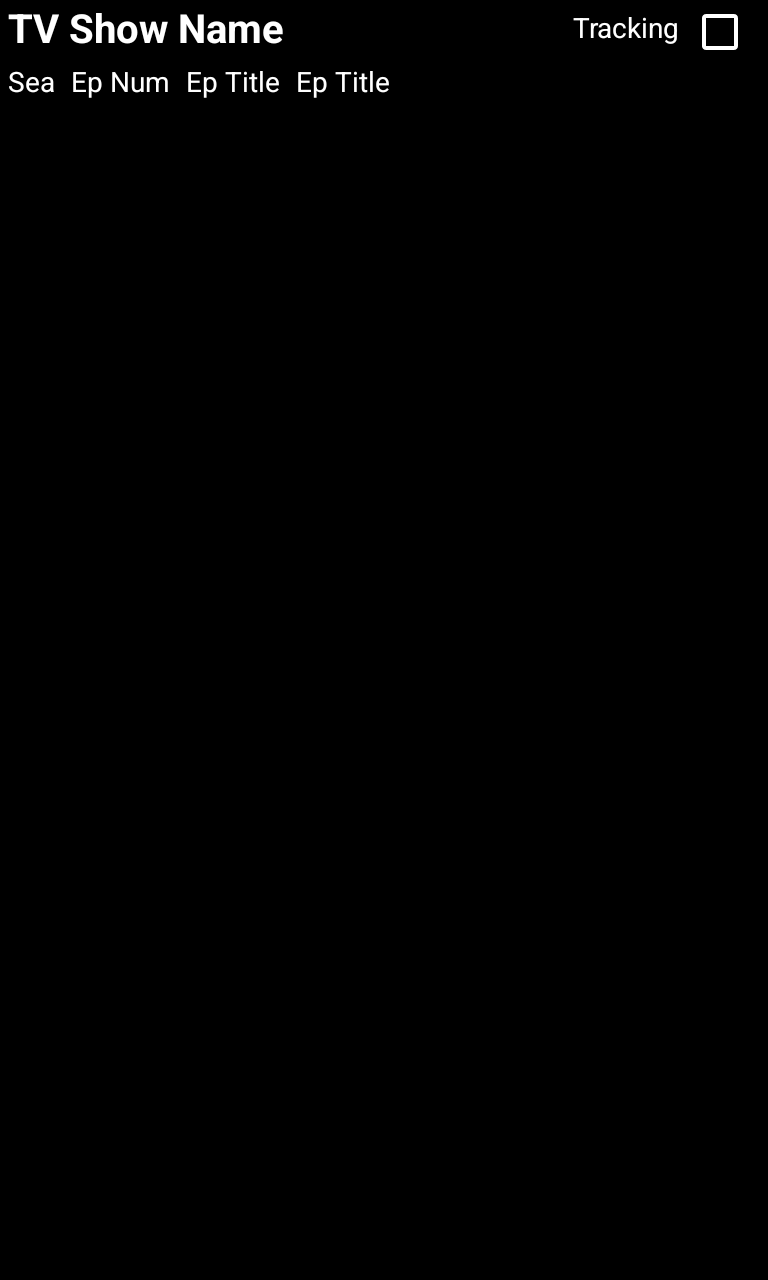
Repository: Jeedan/learning-android-apps
Layout: TvShowTracker/res/layout/list_item_tvshow.xml
These files come from the project's save history. The layout is drawn as it stood at one moment and after the next save; the edit follows.
It is drawn on a 768 x 1280 px phone screen (xhdpi) without system bars, with theme AppTheme; the app's code is not run. The app's manifest (not shown) leaves right-to-left support off. So textAlignment, textDirection and layoutDirection are ignored, and left and right values win over start and end ones.

Above is the layout before, as saved 2014-11-01 10:53:21.

### TvShowTracker/res/layout/list_item_tvshow.xml
<?xml version="1.0" encoding="utf-8"?>
<RelativeLayout xmlns:android="http://schemas.android.com/apk/res/android"
    android:layout_width="match_parent"
    android:layout_height="wrap_content"
    android:background="@android:color/background_dark"  >

    <TextView
        android:id="@+id/tv_show_name_text_view"
        android:layout_width="match_parent"
        android:layout_height="wrap_content"
        android:textSize="20sp"
        android:textStyle="bold"
        android:paddingLeft="4dp"
        android:paddingRight="4dp"
        android:text="@string/tv_show_name"
        android:textColor="@android:color/background_light"/>

    <CheckBox android:id="@+id/tracked_tv_show_check_box"
        android:layout_width="wrap_content"
        android:layout_height="wrap_content"
        android:layout_alignParentRight="true"
        android:layout_alignParentEnd="true"
        android:padding="4dp"
        android:enabled="false"
        android:focusable="false"
        android:buttonTint="@android:color/background_light"/>

    <TextView
        android:id="@+id/tracking_text_View"
        android:layout_width="wrap_content"
        android:layout_height="wrap_content"
        android:layout_toStartOf="@id/tracked_tv_show_check_box"
        android:layout_toLeftOf="@id/tracked_tv_show_check_box"
        android:paddingLeft="4dp"
        android:paddingRight="4dp"
        android:paddingTop="4dp"
 	    android:text="@string/tracking_text_check_box"
        android:textColor="@android:color/background_light"/>

	<TextView
        android:id="@+id/tv_show_season_text_view"
        android:layout_width="wrap_content"
        android:layout_height="wrap_content"
        android:paddingLeft="4dp"
        android:paddingRight="4dp"
        android:paddingTop="4dp"
        android:layout_below="@id/tv_show_name_text_view"
        android:text="@string/tv_show_season"
        android:textColor="@android:color/background_light"/>

	<TextView
        android:id="@+id/tv_show_episode_number_text_view"
        android:layout_width="wrap_content"
        android:layout_height="wrap_content"
        android:paddingLeft="4dp"
        android:paddingRight="4dp"
        android:paddingTop="4dp"
        android:layout_below="@id/tv_show_name_text_view"
        android:layout_toEndOf="@id/tv_show_season_text_view"
        android:layout_toRightOf="@id/tv_show_season_text_view"
        android:text="@string/tv_show_episode_number"
        android:textColor="@android:color/background_light"/>

	<TextView
        android:id="@+id/tv_show_episode_text_view"
        android:layout_width="wrap_content"
        android:layout_height="wrap_content"
        android:paddingLeft="4dp"
        android:paddingRight="4dp"
        android:paddingTop="4dp"
        android:layout_below="@id/tv_show_name_text_view"
        android:layout_toEndOf="@id/tv_show_episode_number_text_view"
        android:layout_toRightOf="@id/tv_show_episode_number_text_view"
        android:text="@string/tv_show_episode_title"
        android:textColor="@android:color/background_light"/>

	<TextView
        android:id="@+id/show_release_date"
        android:layout_width="wrap_content"
        android:layout_height="wrap_content"
        android:paddingLeft="4dp"
        android:paddingRight="4dp"
        android:paddingTop="4dp"
        android:layout_below="@id/tv_show_name_text_view"
        android:layout_toEndOf="@id/tv_show_episode_text_view"
        android:layout_toRightOf="@id/tv_show_episode_text_view"
        android:text="@string/tv_show_episode_title"
        android:textColor="@android:color/background_light"/>

</RelativeLayout>

### TvShowTracker/res/values-v21/styles.xml
<resources>

    <!--
        Base application theme for API 14+. This theme completely replaces
        AppBaseTheme from BOTH res/values/styles.xml and
        res/values-v11/styles.xml on API 14+ devices.
    -->
    <style name="AppBaseTheme" parent="@android:style/Theme.Material">
        <!-- API 21 theme customizations can go here. -->
     	<!-- Main theme colors -->
	    <!--   your app branding color for the app bar (Action bar_)-->
	    <item name="android:colorPrimary">@color/primary</item>
	    <!--   darker variant for the status bar and contextual app bars -->
	    <item name="android:colorPrimaryDark">@color/primary_dark</item>
	    <!--   theme UI controls like checkboxes and text fields -->
	    <item name="android:colorAccent">@color/accent</item>
	    <!--   winow background -->
	    <item name="android:windowBackground">@color/windowBackground</item>
	    <!--   Text but don't know if it is for all texts -->
	    <item name="android:textColorPrimary">@color/textColorPrimary_Light</item>
    </style>

        <!-- Application theme. -->
    <style name="AppTheme" parent="AppBaseTheme">
        </style>
</resources>

### TvShowTracker/res/values/colors.xml
<?xml version="1.0" encoding="utf-8"?>
<resources>
    <color name="accent">#FF9D00</color>

    <!--  example: season + episode + release date info text under Show Name -->
    <color name="show_subtitle_text_view_color">#368ABF</color>

    <color name="textColorPrimary">#ffffff</color>
    <color name="textColorPrimary_Light">#666666</color>

    <color name="windowBackground">#333333</color>

    <color name="primary">#1a1a1a</color>
    <color name="primary_dark">#000000</color>

</resources>

### TvShowTracker/res/values/strings.xml
<?xml version="1.0" encoding="utf-8"?>
<resources>

    <string name="app_name">TvShowTracker</string>
    <string name="app_all_shows">All shows</string>
    <string name="app_calendar_title">Today\'s shows</string>
    <string name="action_settings">Settings</string>

    <string name="tv_show_name">TV Show Name</string>
    <string name="tv_show_season">Sea</string>
    <string name="tv_show_episode_number">Ep Num</string>
    <string name="tv_show_episode_title">Ep Title </string>
    <string name="tv_show_release_date">Release Date </string>


    <string name="empty_list">There are no TV Shows in this list.</string>


    <string name="tracking_text_check_box">Tracking</string>

</resources>

Loaded but not shown: TvShowTracker/res/values/styles.xml (common file); TvShowTracker/res/values-v11/styles.xml (common file)

After the next save:
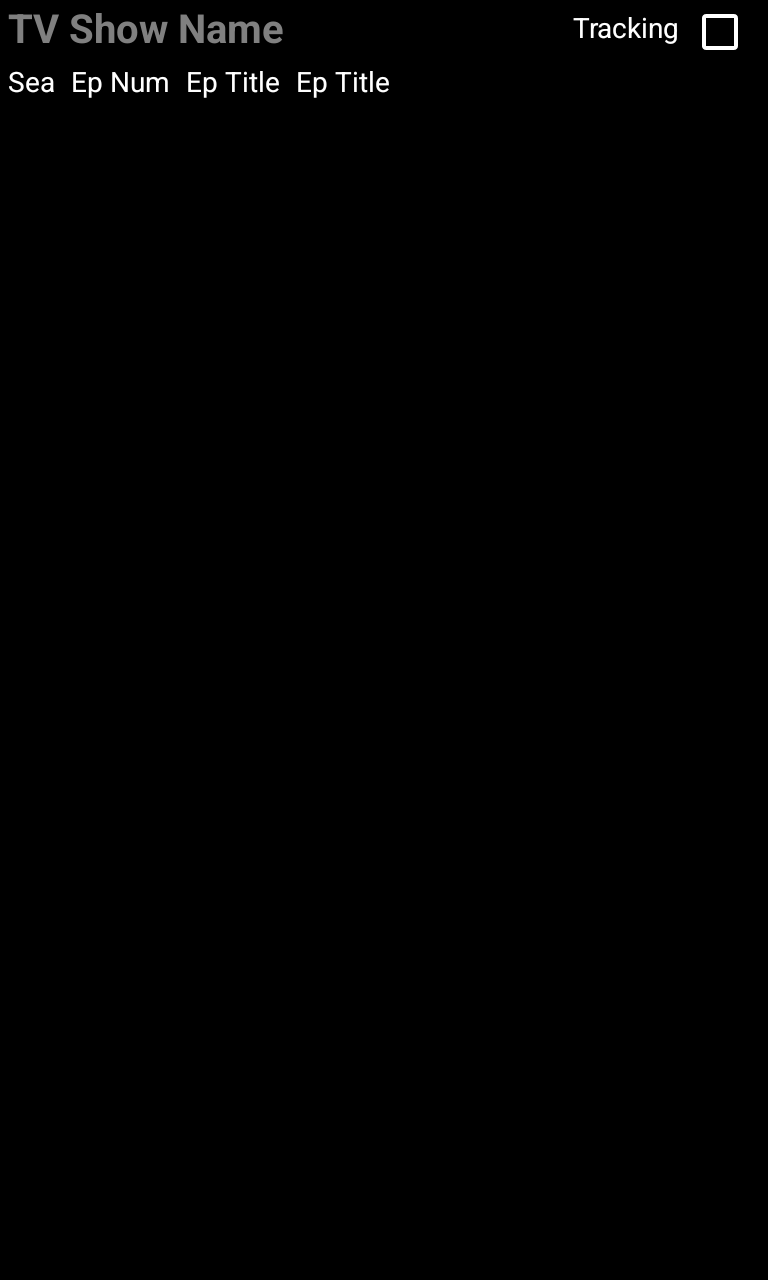
Saved 35 s later.
--- a/TvShowTracker/res/layout/list_item_tvshow.xml
+++ b/TvShowTracker/res/layout/list_item_tvshow.xml
@@ -13,7 +13,7 @@
         android:paddingLeft="4dp"
         android:paddingRight="4dp"
         android:text="@string/tv_show_name"
-        android:textColor="@android:color/background_light"/>
+        android:textColor="@android:color/tertiary_text_light"/>
 
     <CheckBox android:id="@+id/tracked_tv_show_check_box"
         android:layout_width="wrap_content"
